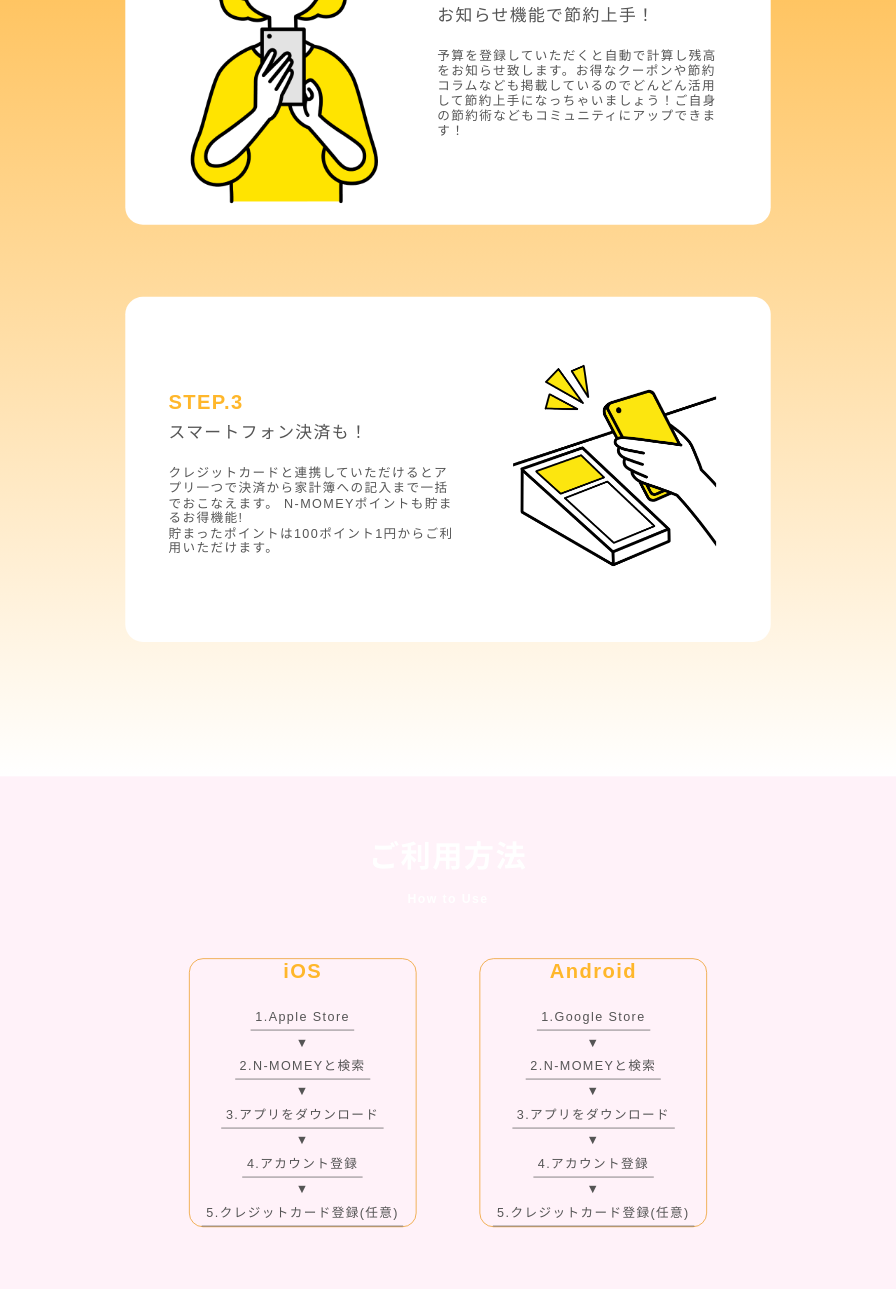
Repository: nozomi-23/lp2_test
Page: index.html
These files come from the project's save history. The page is drawn as it stood at one moment and after the next save; the edit follows.
The browser window is 1280 px wide. The pictures show the part of the page from y = 2070 to 3990 px (the page is 3912 px tall before and 3990 px after), at 70% of full size.
Some web fonts or font styles are not loaded; a fallback is used.

Above is the page before, as saved 2022-06-18 15:43:57.

### index.html
<!DOCTYPE html>
<html lang="ja">
<head>
  <meta charset="UTF-8">
  <title>家計簿アプリ「N-MONEY」</title>
  <meta name="description" content="「人生をコードと共に」というビジョンを達成するべく、皆さんのプログラミング学習をサポートします。">
  <meta name="keywords" content="家計簿,アプリ,おすすめ">
  <meta name="viewport" content="width=device-width, initial-scale=1.0">
  <meta property="og:title" content="家計簿アプリ「N-MONEY」">
  <meta property="og:type" content="article">
  <meta property="og:url" content="https://withcode-plus.tech">
  <meta property="og:image" content="img/logo.png">
  <meta property="og:description" content="カンタン家計簿アプリ 「N-MONEY」でお得に楽に家計管理。">
  <meta property="og:site_name" content="家計簿アプリ">
  <link rel="icon" href="favicon.ico">
  <link rel="apple-touch-icon" sizes="180x180" href="img/logo.png">
  <link rel="preconnect" href="https://fonts.googleapis.com">
  <link rel="preconnect" href="https://fonts.gstatic.com" crossorigin>
  <link
    href="https://fonts.googleapis.com/css2?family=M+PLUS+1p:wght@400;500;700&family=Noto+Sans+JP:wght@400;500&display=swap"
    rel="stylesheet">
  <link rel="stylesheet" type="text/css" href="css/reset.css">
  <link rel="stylesheet" type="text/css" href="css/common.css">
</head>
<body>
  <!-- ========== header -->
  <header>
    <div class="header_inner">
      <h1 class="header_logo">
        <a href="#"><img src="img/logo.png" alt="ロゴ画像"></a>
      </h1>
      <nav class="header_nav">
        <ul class="header_list">
          <li class="header_item">
            <a href="#introduction">アプリ紹介</a>
          </li>
          <li class="header_item">
            <a href="#how">ご利用方法</a>
          </li>
          <li class="header_item">
            <a href="#fqa">よくある質問</a>
          </li>
          <li class="header_item">
            <a href="#news">お知らせ</a>
          </li>
          <li class="header_item heder_btn">
            <a href="#contact">お問い合わせ</a>
          </li>
        </ul>
      </nav>
      <div class="drawer"></div>
    </div>
  </header>
  <!-- ========== top -->
  <section class="top_section">
    <div class="inner">
      <div class="top_wrapper">
        <div class="top_left">
          <h2 class="title">
            <p>〜 簡単家計簿アプリ 〜</p><br>
            <span>N-MONEY Mobile</span>
          </h2>
          <div class="download">
            <div class="download_apple">
              <a href="https://www.apple.com/jp/app-store/">
                <img src="img/apple.png" alt="Apple Store">
              </a>
            </div>
            <div class="download_google">
              <a href="https://play.google.com/store/apps?hl=ja&gl=US">
                <img src="img/google.png" alt="Google Store">
              </a>
            </div>
          </div>
        </div>
        <div class="top_right">
          <img src="img/top.png" alt="トップ画像">
        </div>
      </div>
    </div>
  </section>
    <!-- ========== feature -->
    <div class="inner">

      <div class="feature_txt">
        <h3 class="feature_ttl">家でも外でもラクラク管理<br>
        N-MOMEY Mobileとは</h3>
        <p>N-MOMEY
        Mobileとはご自宅でも外出先でも簡単に家計を管理できるサービスです。カテゴリ別の支出、予算管理だけでなくクレジットカードの連結により、レジでのお支払い・支出管理を自動で更新してくれます。予算に対してのお知らせ機能で使いすぎを防ぎます。めんどくさい計算・管理はN-MOMEY
        Mobileにおまかせください!</p>
      </div>

    </div>
<!-- ========== Introduction -->
<section class="intro section" id="introduction">
  <div class="inner">
    <h4 class="common_ttl">アプリ紹介<br><small>Introduction</small></h4>
    <div class="intro_wrapper">
      <div class="intro_wrapper_left">
        <h5 class="intro_txt"><strong>STEP.1</strong><br>
          いつでもどこでもカンタン管理！</h5>
          <p>レシートの管理が大変・・<br>
          いつ支払ったか忘れてしまった・・<br>
          そんなお悩みをすぐに解決します！支払ったらスマホにすぐ記入、カンタンな操作でカテゴリや日付の管理でめんどくさい家計管理のお手伝いをします。</p>
      </div>
      <div class="intro_wrapper_right">
        <img src="img/step1.png" alt="スマートフォンの画像">
      </div>
    </div>
    <div class="intro_wrapper intro_wrapper_revers">
      <div class="intro_wrapper_left ">
        <h5 class="intro_txt"><strong>STEP.2</strong><br>
          お知らせ機能で節約上手！</h5>
        <p>予算を登録していただくと自動で計算し残高をお知らせ致します。お得なクーポンや節約コラムなども掲載しているのでどんどん活用して節約上手になっちゃいましょう！ご自身の節約術などもコミュニティにアップできます！
          </p>
      </div>
      <div class="intro_wrapper_right">
        <img src="img/step2.png" alt="スマートフォンの画像">
      </div>
    </div>
    <div class="intro_wrapper">
      <div class="intro_wrapper_left">
        <h5 class="intro_txt"><strong>STEP.3</strong><br>
          スマートフォン決済も！</h5>
        <p>クレジットカードと連携していただけるとアプリ一つで決済から家計簿への記入まで一括でおこなえます。
        N-MOMEYポイントも貯まるお得機能!<br>
        貯まったポイントは100ポイント1円からご利用いただけます。</p>
      </div>
      <div class="intro_wrapper_right">
        <img src="img/step3.png" alt="スマートフォンの画像">
      </div>
    </div>
  </div>
</section>
<!-- ========== how -->
<section class="how section" id="how">
  <div class="inner">
    <h4 class="common_ttl">ご利用方法<br><small>How to Use</small></h4>
    <div class="how_wrapper">
      <div class="how_wrapper_item">
        <h5>iOS</h5>
        <ul class="how_list">
          <li>1.Apple Store</li>
          <p>▼</p>
          <li>2.N-MOMEYと検索</li>
          <p>▼</p>
          <li>3.アプリをダウンロード</li>
          <p>▼</p>
          <li>4.アカウント登録</li>
          <p>▼</p>
          <li>5.クレジットカード登録(任意)</li>
        </ul>
      </div>
      <div class="how_wrapper_item">
        <h5>Android</h5>
        <ul class="how_list">
          <li>1.Google Store</li>
          <p>▼</p>
          <li>2.N-MOMEYと検索</li>
          <p>▼</p>
          <li>3.アプリをダウンロード</li>
          <p>▼</p>
          <li>4.アカウント登録</li>
          <p>▼</p>
          <li>5.クレジットカード登録(任意)</li>
        </ul>
      </div>
    </div>
  </div>
</section>
</body>
</html>

### css/reset.css
@charset "UTF-8";

html,
body,
div,
span,
object,
iframe,
h1,
h2,
h3,
h4,
h5,
h6,
p,
blockquote,
pre,
abbr,
address,
cite,
code,
del,
dfn,
em,
img,
ins,
kbd,
q,
samp,
small,
strong,
sub,
sup,
var,
b,
i,
dl,
dt,
dd,
ol,
ul,
li,
fieldset,
form,
label,
legend,
table,
caption,
tbody,
tfoot,
thead,
tr,
th,
td,
article,
aside,
canvas,
details,
figcaption,
figure,
footer,
header,
hgroup,
menu,
nav,
section,
summary,
time,
mark,
audio,
video {
  margin: 0;
  padding: 0;
  border: 0;
  outline: 0;
  font-size: 100%;
  vertical-align: baseline;
  background: transparent;
}

body {
  line-height: 1;
}

article,
aside,
details,
figcaption,
figure,
footer,
header,
hgroup,
menu,
nav,
section {
  display: block;
}

nav ul {
  list-style: none;
}

blockquote,
q {
  quotes: none;
}

blockquote:before,
blockquote:after,
q:before,
q:after {
  content: '';
  content: none;
}

a {
  margin: 0;
  padding: 0;
  font-size: 100%;
  vertical-align: baseline;
  background: transparent;
}

/* change colours to suit your needs */
ins {
  background-color: #ff9;
  color: #000;
  text-decoration: none;
}

/* change colours to suit your needs */
mark {
  background-color: #ff9;
  color: #000;
  font-style: italic;
  font-weight: bold;
}

del {
  text-decoration: line-through;
}

abbr[title],
dfn[title] {
  border-bottom: 1px dotted;
  cursor: help;
}

table {
  border-collapse: collapse;
  border-spacing: 0;
}

/* change border colour to suit your needs */
hr {
  display: block;
  height: 1px;
  border: 0;
  border-top: 1px solid #cccccc;
  margin: 1em 0;
  padding: 0;
}

input,
select {
  vertical-align: middle;
}

### css/common.css
@charset "UTF-8";

body {
  font-size: 18px;
  line-height: 1.2;
  letter-spacing: 2px;
  word-break: break-all;
  color: #555;
  font-family: 'M PLUS 1p', sans-serif ,
  'Noto Sans JP', sans-serif;
}
li {
  list-style: none;
}
a {
  text-decoration: none;
  color: #333;
}
/* ===================
共通レイアウト
======================*/
.section {
  padding: 7% 0;
  position: relative;
  background-color: rgba(255, 105, 180, 0.085);
}
.inner {
  width: 80%;
  margin: 0 auto;
  /* background-color: rgb(221, 240, 240); */
}
/* ===================
共通パーツ
======================*/
.common_ttl {
  text-align: center;
  color: #5A5757;
  font-size: 2.7rem;
  margin-bottom: 6.5%;
}
.common_ttl small {
  font-size: 1.1rem;
}

/* ===================
header
======================*/
.header_inner {
  width: 90%;
  height: 15vh;
  margin: 0 auto;
  display: flex;
  justify-content: space-between;
  align-items: center;
}
.header_logo {
  position: fixed;
  top: 1rem;
  z-index: 3;
}
.header_logo img {
  width: 100%;
  height: 100%;
}
.header_nav {
  margin-left: auto;
}
.header_list {
  display: flex;
  justify-content: flex-end;
  align-items: center;
}
.header_list li {
  margin-left: 1.8rem;
}
.header_list li a:hover {
  opacity: 0.5;
}
.heder_btn a{
  background: #FFB72B;
  color: #fff;
  line-height: 3;
  border-radius: 15px;
  display: inline-block;
  padding: 0 1.8rem;
}
/* ===================
top
======================*/
.top_wrapper {
  margin-top: 10%;
  height: auto;
  display: flex;
  justify-content: space-evenly;
  align-items: center;
}
.top_left {
  text-align: center;
  width: 50%;
  height: auto;
}
.title p{
  font-size: 1.7rem;
  font-weight: 400;
  margin-bottom: 2%;
  color: #333;
}
.title span {
  font-size: 3.5rem;
  color: #FFB72B;
  font-weight: bold;
}
.download {
  display: flex;
  align-items: center;
  justify-content: space-evenly;
  margin-top: 10%;
}
.download_apple {
  width: 35%;
}
.download_apple img {
  width: 100%;
  height: 100%;
}
.download_google {
  width: 35%;
}
.download_google img {
  width: 100%;
  height: 100%;
}
.top_right {
  width: 42%;
  height: auto;
}
.top_right img {
  width: 100%;
  height: 100%;

}
/* ===================
feature
======================*/
.feature_txt {
  width: 90%;
  margin-bottom: 10%;
}
.feature_ttl {
  font-size: 1.9rem;
  color: #FFB72B;
  font-weight: 400;
  margin: 5% 0 2% 0;
  line-height: 1.5;
}
.feature_ttl::after {
  content: "";
  display: inline-block;
  width: 100px;
  height: 2px;
  background: #FFB72B;
  margin-left: 2%;
  vertical-align: middle;
}
.feature_txt p {
  color: #333;
}
/* ===================
Introduction
======================*/
.intro {
  background: linear-gradient(180deg, #FFAD23 27.08%, rgba(255, 173, 35, 0) 100%);
}
.common_ttl:first-child {
  color: #fff;
}
.intro_wrapper {
  width: 90%;
  height: 60vh;
  display: flex;
  align-items: center;
  justify-content: space-evenly;
  background: #fff;
  border-radius: 25px;
  margin: 0 auto;
  padding: 3% 0;
  margin-bottom: 10%;
}
.intro_wrapper_left {
  width: 45%;
  height: auto;
}
.intro_txt {
  font-size: 1.5rem;
  font-weight: 500;
  margin-bottom: 8%;
}
.intro_txt strong {
  font-weight: bold;
  color: #FFB72B;
  font-size: 1.8rem;
  margin-top: 1rem;
  line-height: 2;
}
.intro_wrapper_right {
width: 35%;
height: auto;
text-align: center;
}
.intro_wrapper_right img {
  max-width: 90%;

}
.intro_wrapper_revers {
  display: flex;
  flex-direction: row-reverse;
}
/* ===================
how
======================*/
.how_wrapper {
  width: 90%;
  margin: 0 auto;
  display: flex;
  justify-content: space-evenly;
}
.how_wrapper_item {
  width: 35%;
  text-align: center;
  border: 1px solid #EB9515;
  border-radius: 20px;
}
.how_wrapper_item h5{
  color: #FFB72B;
  font-size: 1.8rem;
  margin-bottom: 10%;
}
.how_list li {
  display: inline-block;
  padding: 2%;
  border-bottom: solid 1px #555;
}
.how_list p {
  margin: 2% 0;
}

After the next save:
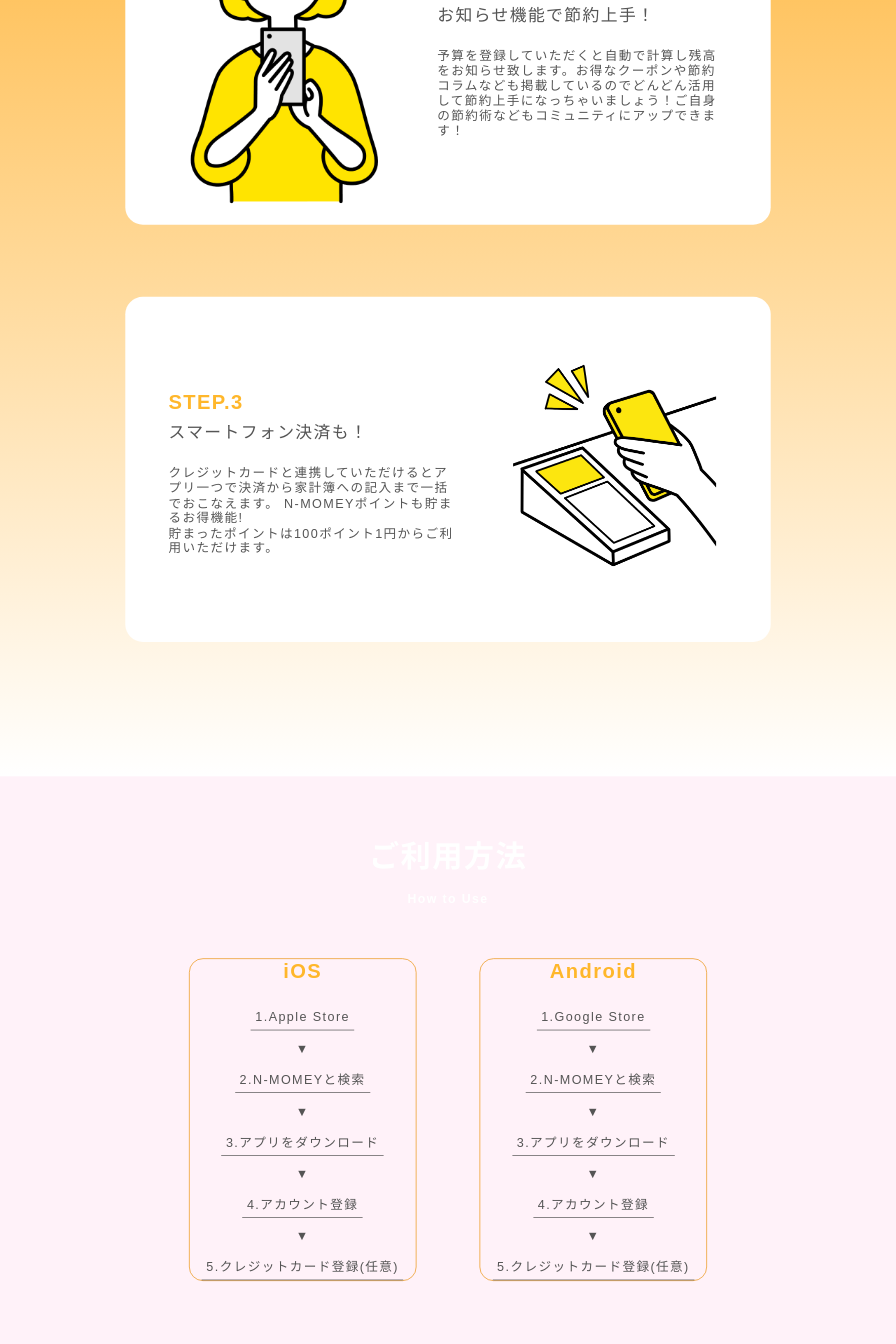
Saved 10 s later.
--- a/css/common.css
+++ b/css/common.css
@@ -241,5 +241,5 @@ how
   border-bottom: solid 1px #555;
 }
 .how_list p {
-  margin: 2% 0;
-}
+  margin: 5% 0;
+}
